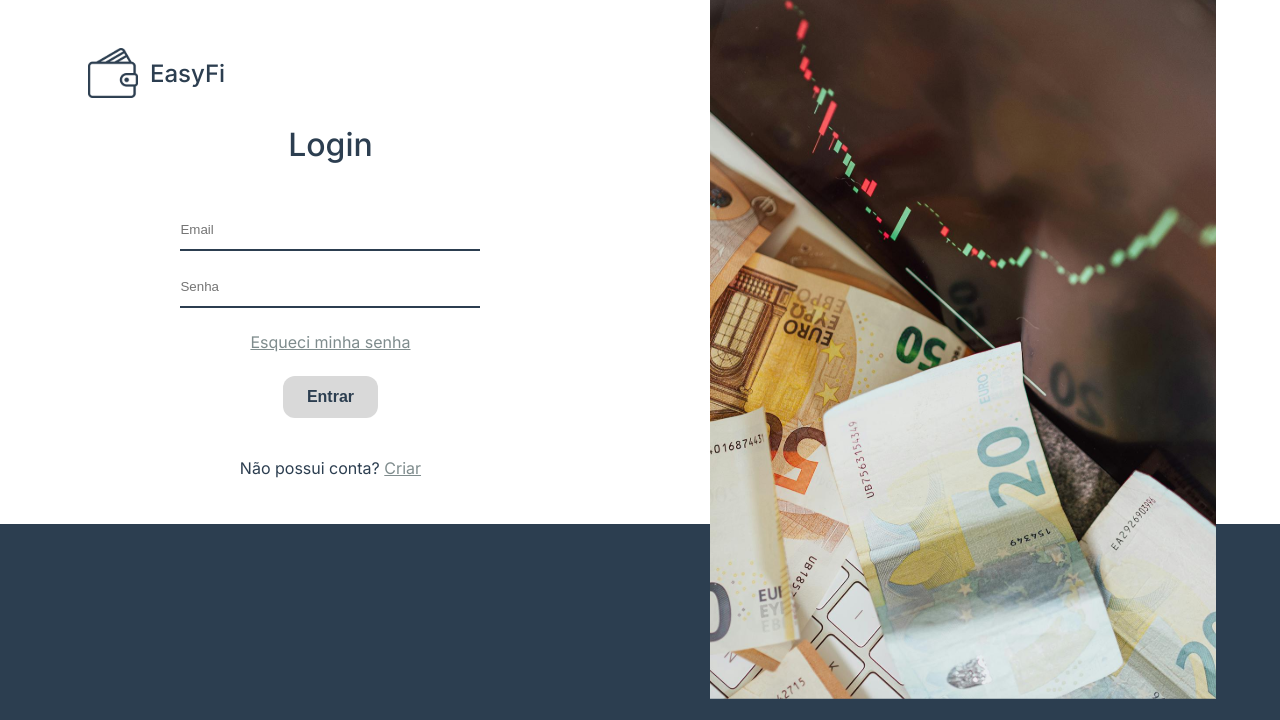
Repository: Ingridiag/projeto-engenharia
Page: login.html
An editor plug-in stored every save of this project. The page is shown before and after the next save, followed by the edit.
The browser window is 1280 px wide. The pictures show the whole page.

Above is the page before, as saved 2024-10-28 16:48:59.

After the next save:
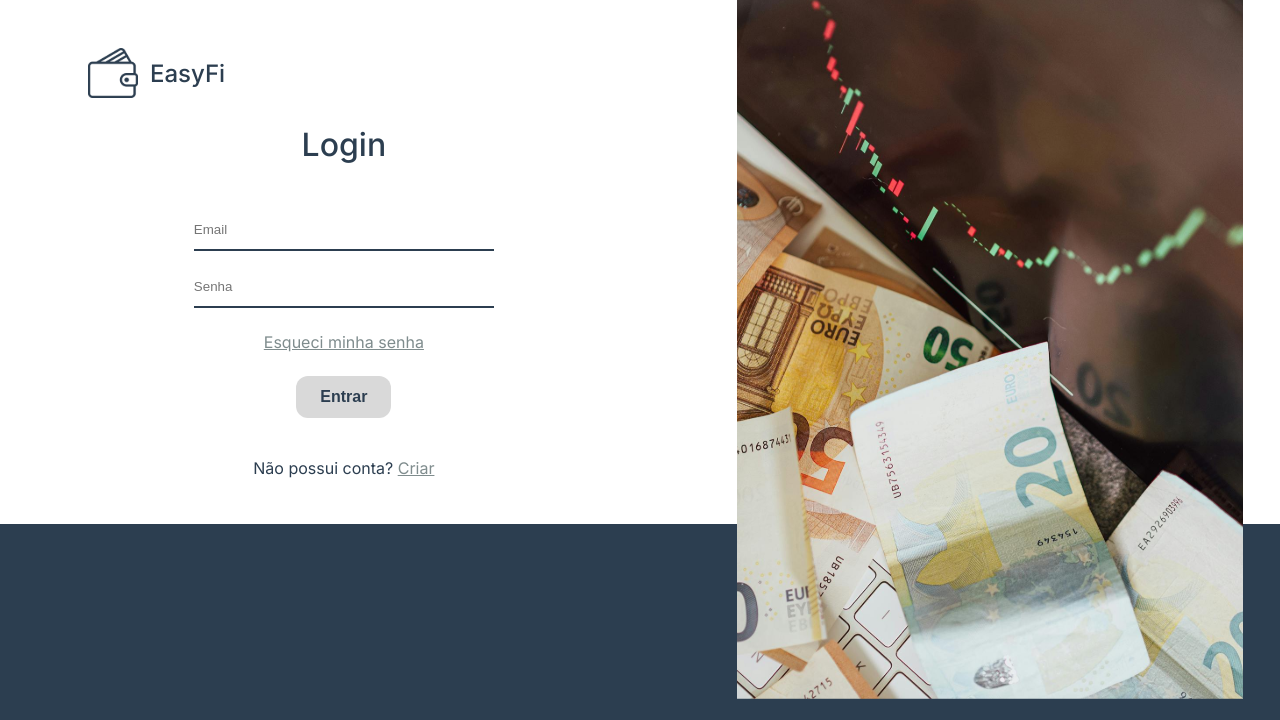
Saved 7 s later.
--- a/style.css
+++ b/style.css
@@ -99,10 +99,10 @@ body {
 }
 .decor{
    display: flex;
-   /* img{
+   img{
     width: 100%;
     height: 80%;
-   } */
+   }
 }
 
 .cadastro {
